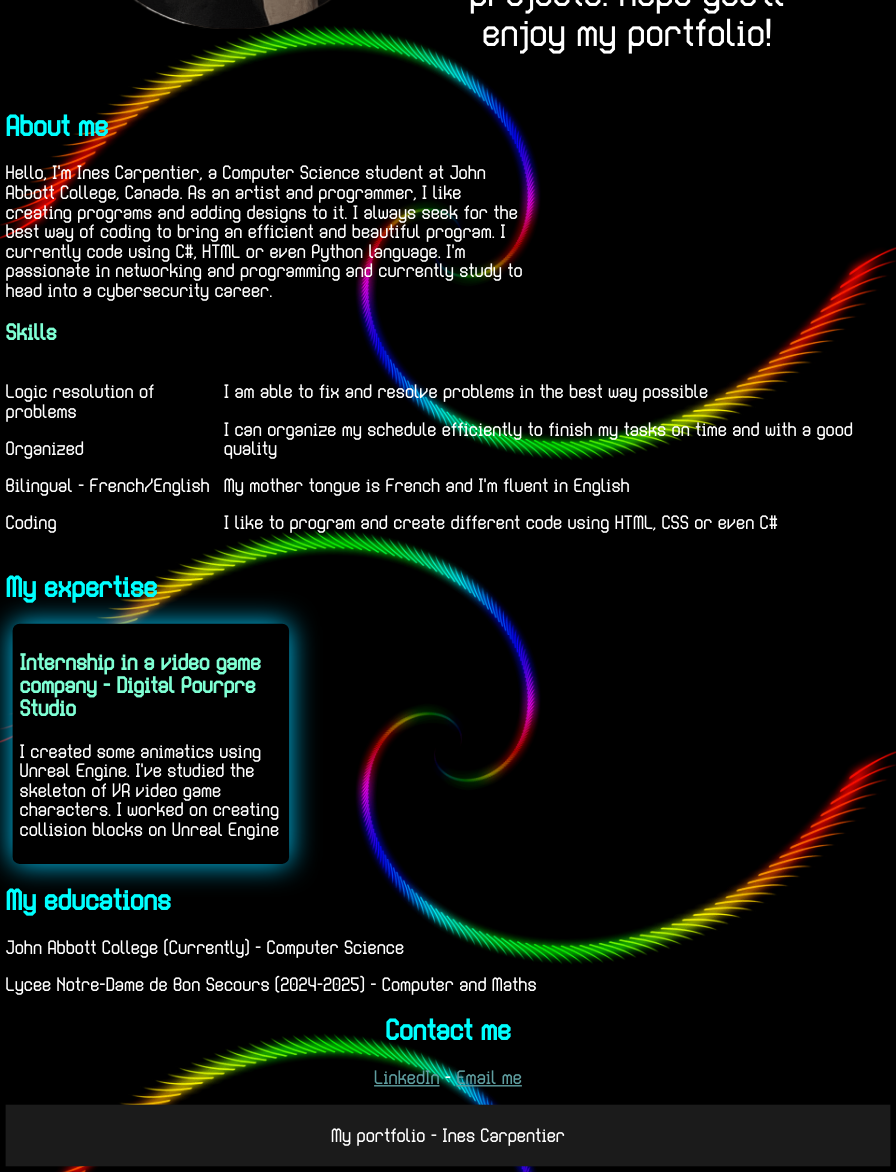
Repository: InsCarp/InsCarp
Page: index.html
The author's editor kept a copy of each file at every save. The page is drawn from the files as they stood at one save, then again after the next save.
The browser window is 1280 px wide. The pictures show the part of the page from y = 733 to 2653 px (the page is 2407 px tall before and 2653 px after), at 70% of full size.
Backgrounds fixed to the window are drawn as part of the page.

Above is the page before, as saved 2026-05-12 11:09:21.

### index.html
<!DOCTYPE html>
<html lang="en">
<head>
    <meta charset="UTF-8">
    <meta name="viewport" content="width=device-width, initial-scale=1.0">
    <link rel="icon" href="/assets/images/Logo.svg" type="image/svg" />
    <link rel="stylesheet" href="/styles/globals.css" type="text/css"/>
    <link rel="stylesheet" href="/styles/index.css" type="text/css"/>

    <title>Portfolio - Ines Carpentier</title>
</head>
<header>

     <h1 id="Title">My portfolio</h1>

        <nav>
        <a href="index.html">Home</a>
        <a href="#About">About me</a>
        <a href="#Expertise">Expertise</a>
        <a href="#Education">Education</a>
        <a href="project.html">Projects</a> <!--Put my project page here-->
        <a href="#Contact">Contact me</a>
        </nav>


</header>
<body>
    <div class="Intro">
        <article>
            <img
               src="/assets/images/me.png" id="Me" alt="My image"/>
        </article>
        <article id="intro">
            <h2>Ines Carpentier</h2>
            <p>Hi, I'm a Computer Science student who loves to mix creativity in my projects.
                Hope you'll enjoy my portfolio!</p>
        </article>
    </div>

        <h2 id="About">About me</h2>
        <div class="about">
            <p>Hello, I'm Ines Carpentier, a Computer Science student at John Abbott College, Canada. As an artist and programmer, I like creating programs and adding designs to it. I always seek for the
             best way of coding to bring an efficient and beautiful program. I currently code using C#, HTML or even Python language. I'm passionate in networking and programming and currently study to head into a cybersecurity career.
            </p>
        </div>
        <h3>Skills</h3>
        <section class="Skills">
            <article>
            <p>Logic resolution of problems</p>
            <p>Organized</p>
            <p>Bilingual - French/English</p>
            <p>Coding</p>
        </article>
        <article>
            <p>I am able to fix and resolve problems in the best way possible</p>
            <p>I can organize my schedule efficiently to finish my tasks on time and with a good quality</p>
            <p>My mother tongue is French and I'm fluent in English</p>
            <P>I like to program and create different code using HTML, CSS or even C#</P>
        </article>
        </section>


        <h2 id="Expertise">My expertise</h2>
        <section id="expertise">
            <article>
            <h3>Internship in a video game company - Digital Pourpre Studio</h3>
            <p>I created some animatics using Unreal Engine. I've studied the skeleton of VR video game characters. I worked on creating collision blocks on Unreal Engine</p>
        </article>
        </section>


        <h2 id="Education">My educations</h2>
        <p>John Abbott College (Currently) - Computer Science
        </p>
        <p>Lycee Notre-Dame de Bon Secours (2024-2025) - Computer and Maths</p>

        <div class="Contact">
         <h2 id="Contact">Contact me</h2>
         <p><a href="https://www.linkedin.com/in/ines-carpentier-690b8b387/" target="blank">LinkedIn</a> - <a href="mailto:carpentierines4@gmail.com">Email me</a></p>
        </div>
</body>
<footer>
    <p>My portfolio - Ines Carpentier</p>
</footer>
</html>

### styles/globals.css
@font-face {
    font-family: Title;
    src: url(/assets/fonts/Y224-2vdae.ttf);
}
@font-face {
    font-family: Portfolio;
    src: url(/assets/fonts/Eightgon-OGn6p.ttf);
}

html{
    font-size:25px;
}

a {
    color:cadetblue;
}

a:visited{
    color:aquamarine;
}
a:hover{
    color:greenyellow;
}
a:active{
    color:yellow;
}

body{
    background-color:rgb(0, 2, 36);
    color:rgb(255, 255, 255);
    background-image: url(../assets/images/back.gif);
    background-size: cover;
    background-repeat: no-repeat;
    background-attachment: fixed;
    font-family: Portfolio;
}




h1, h2{
    color:aqua;

}

h3{
    color:aquamarine;
}


header {
    position:sticky;
    top:0;
    display: flex;
    flex-direction: row;
    font-family: Title;
    background-color:rgb(27, 27, 27);
    font-size:0.5rem;


}
nav{
    display:none;
}

footer{

    text-align: center;
    background-color:rgb(27, 27, 27);
    padding:0.2rem;


}

@media only screen and (min-width: 800px){
    header {
    justify-content: space-between;
    border-radius: 10px;
    font-size:0.8rem;

}
nav{
    text-align:right;
    display:initial;
    font-size:0.4rem;
    margin-top:10px;


}
}

@media only screen and (min-width: 1200px){
    header {
    display: flex;
    flex-direction: row;
    font-family: Title;
    justify-content: space-between;



}
nav{
    text-align:right;
    display:initial;
    font-size:0.6rem;
    margin-top:2%;



}
}

### styles/index.css
.Intro{
    margin-top: 1rem;
    display:flex;
    flex-direction: column;
    align-items: center;
}

#intro{

    text-align: center;
    font-size:2rem;


}

#Me{
    margin-top: 1rem;
    width:15rem;
}


section{
    display: flex;
    flex-direction:row;
    justify-content: space-between;

}

#expertise{
  margin: 10px;
  background-color:rgb(0, 0, 0);
  padding:10px;
  border: 3px;
  border-radius:10px;
  box-shadow: 0 0 40px 0 rgb(0, 204, 255);
  opacity: 20;
  width:13rem;
}

.Contact{
    text-align: center;
}

@media only screen and (min-width: 800px){
    .Intro{
    margin-top: 1rem;
    display:flex;
    flex-direction: row;
    justify-content: space-between;
}

#intro{

    text-align: center;
    font-size:2rem;
    width: 20rem;
    margin-right: 10%;
}




.about{
    width:30rem;
}
}

@media only screen and (min-width: 800px){
    #Me{
    margin-left:15%;
    width:20rem;
}
#expertise{
  width:15rem;
}
}

After the next save:
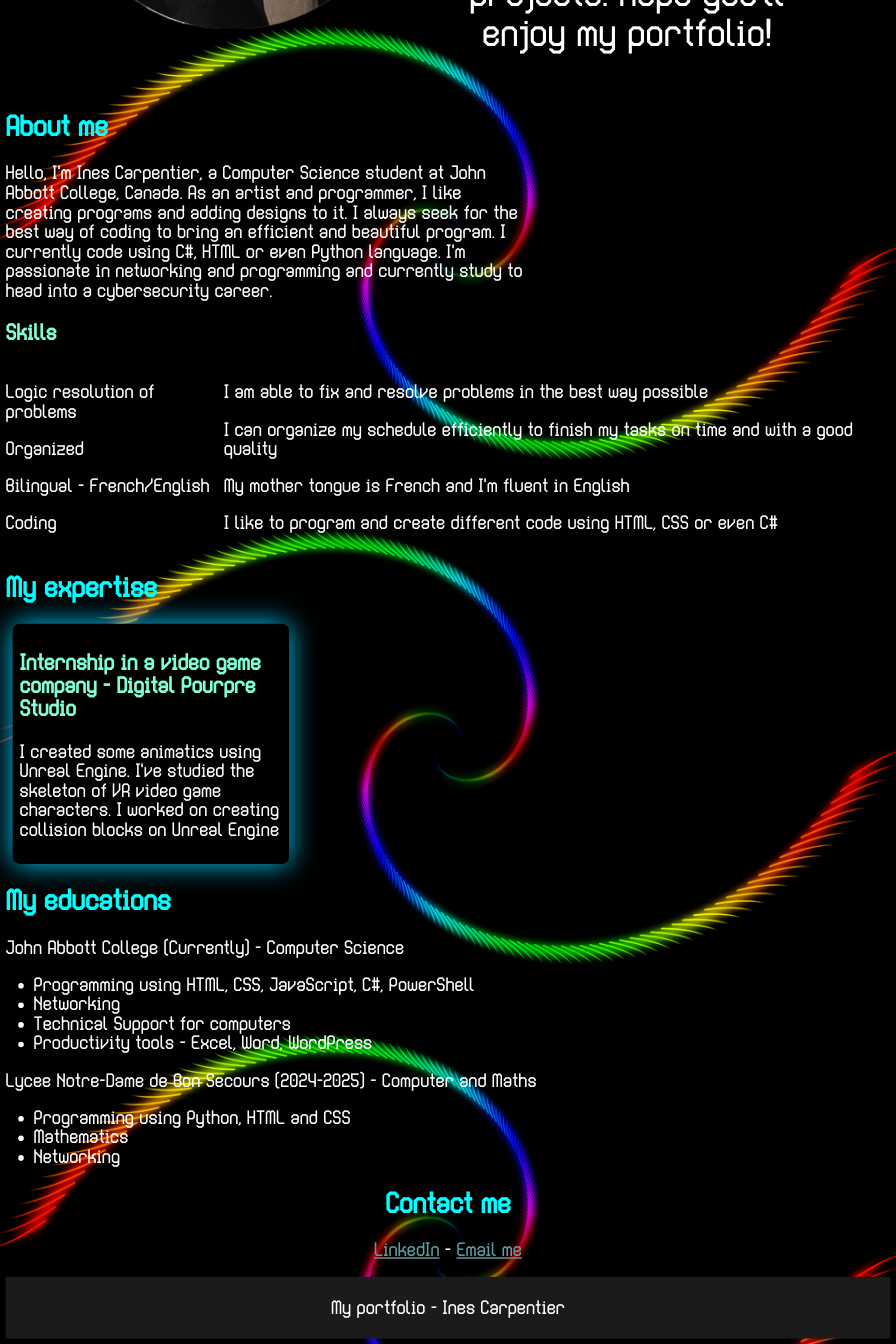
Saved 34 h 20 min later.
--- a/index.html
+++ b/index.html
@@ -72,7 +72,18 @@
         <h2 id="Education">My educations</h2>
         <p>John Abbott College (Currently) - Computer Science
         </p>
+        <ul>
+            <li>Programming using HTML, CSS, JavaScript, C#, PowerShell</li>
+            <li>Networking</li>
+            <li>Technical Support for computers</li>
+            <li>Productivity tools - Excel, Word, WordPress</li>
+        </ul>
         <p>Lycee Notre-Dame de Bon Secours (2024-2025) - Computer and Maths</p>
+        <ul>
+            <li>Programming using Python, HTML and CSS</li>
+            <li>Mathematics</li>
+            <li>Networking</li>
+        </ul>
 
         <div class="Contact">
          <h2 id="Contact">Contact me</h2>
